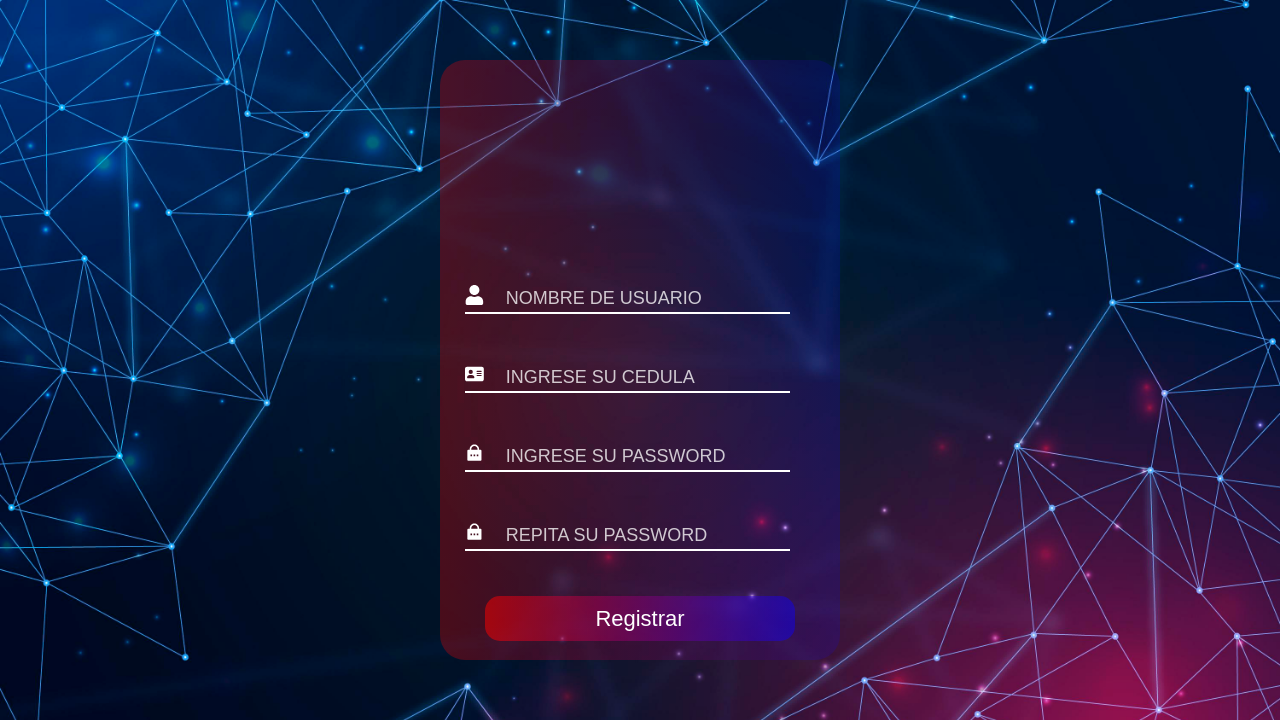
Repository: Davic1o/municipio
Page: /Registro
These files come from the project's save history. The page is drawn as it stood at one moment and after the next save; the edit follows.
The browser window is 1280 px wide. The pictures show the whole page.
The project was rebuilt for these pictures with package versions that can differ from the ones it lists, and the page was loaded fresh each time. Also part of the build but not shown: src/pages/Login/Login.jsx, src/pages/Administrador/Admin.jsx, src/pages/Coord/Coord.jsx, src/pages/User/User.jsx.

Above is the page before, as saved 2024-02-06 17:51:11.

After the next save:
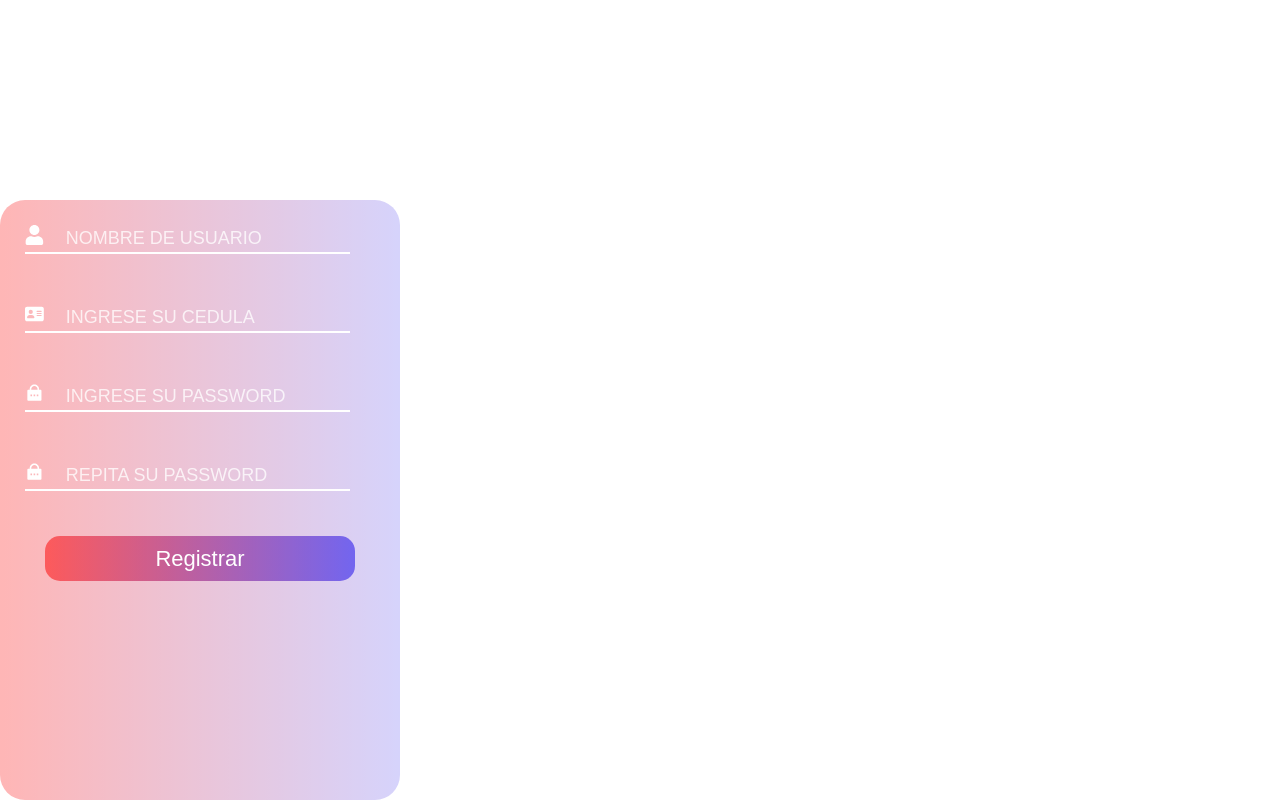
Saved 73 s later.
--- a/src/pages/Register/Register.jsx
+++ b/src/pages/Register/Register.jsx
@@ -9,7 +9,7 @@
   const navigate = useNavigate();
 
   return (
-    <div className="login__container">
+    <div className="register__container">
       <div className="login__recuadro">
         <div className="login__formulario">
           <div className="contenedor__nombre">

After the save that followed:
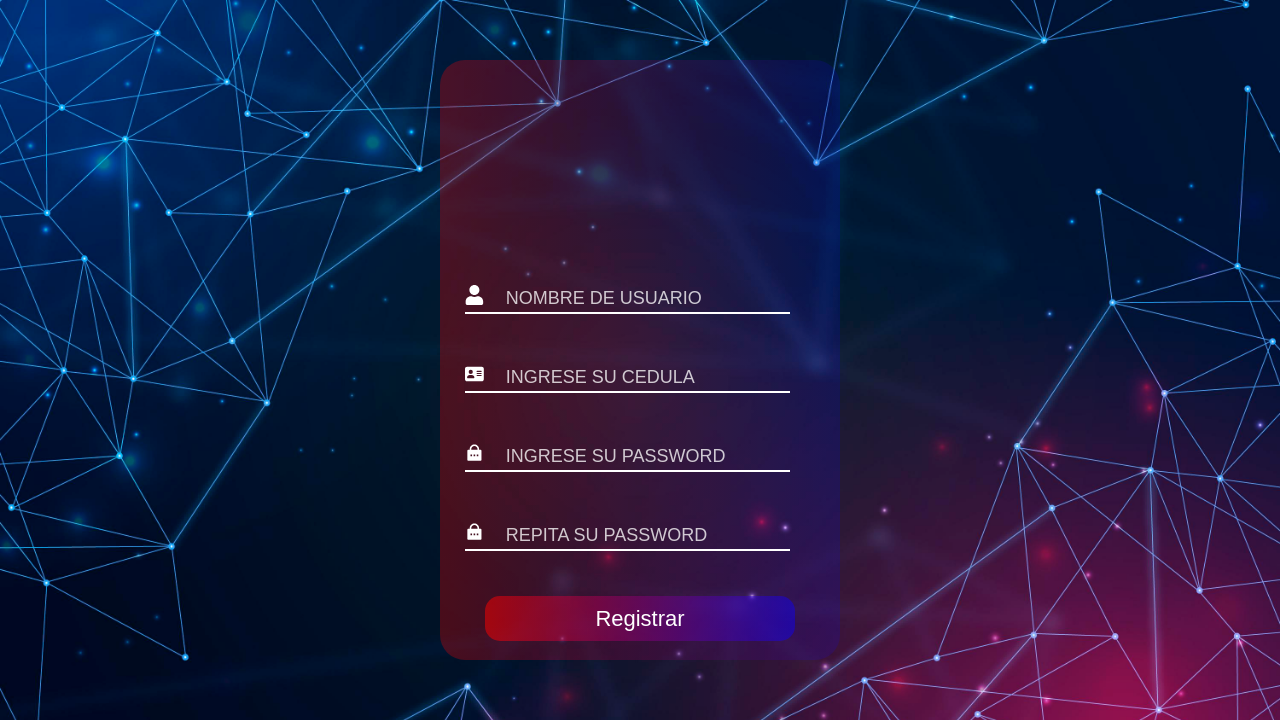
Saved 7 s later.
--- a/src/pages/Register/Register.jsx
+++ b/src/pages/Register/Register.jsx
@@ -9,7 +9,7 @@
   const navigate = useNavigate();
 
   return (
-    <div className="register__container">
+    <div className="login__container">
       <div className="login__recuadro">
         <div className="login__formulario">
           <div className="contenedor__nombre">
